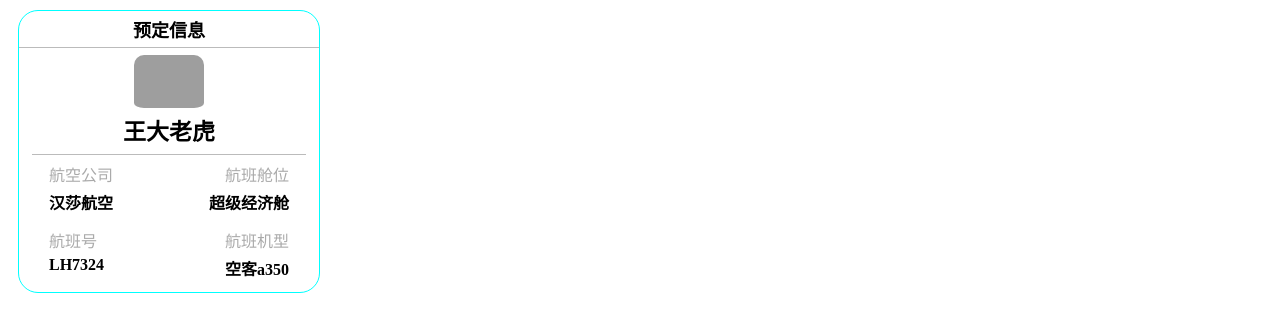
Repository: xzm1997/react-learning
Page: /
The author's editor kept a copy of each file at every save. The page is drawn from the files as they stood at one save, then again after the next save.
The browser window is 1280 px wide. The pictures show the whole page.
Pictures or frames that could not be fetched are drawn as grey boxes. The project was rebuilt for these pictures with package versions that can differ from the ones it lists, and the page was loaded fresh each time. Also part of the build but not shown: src/index.css.

Above is the page before, as saved 2023-02-11 09:53:18.

### src/index.js
import React from 'react';
import ReactDOM from 'react-dom/client';
import './index.css';

import BookInfo from './component/BookInfo.js'


export function Root() {
  const userName = '王大老虎';
  const ticketInfo = {
    airline : '汉莎航空',
    flightNum : 'LH7324',
    level : '超级经济舱',
    plane : '空客a350'
  }
  return (
    <div>
      <BookInfo
        userName={userName}
        ticketInfo={ticketInfo}
      />
    </div>
  )
}

// ========================================

const root = ReactDOM.createRoot(document.getElementById("root"));
root.render(<Root />);

### src/component/BookInfo.js
import './BookInfo.css'

export function UserInfo(props) {
  return (
    <div className='userInfo'>
      <img
        src='https://img1.baidu.com/it/u=1964469406,3571897169&fm=253&fmt=auto&app=138&f=JPEG?w=500&h=500'
        alt='ava'
        className='ava'
      ></img>
      <div className='userName'>{props.userName}</div>
    </div>
  )
}

export function InfoShow(props) {
  return (
    <div className='infoShow'>
      <div className='bookTitle'>{props.title}</div>
      <div className='bookContent'>{props.content}</div>
    </div>
  )
}

export default function BookInfo(props) {
  return (
    <div className='contentDisplay'>
      <div className='totalTitle'>预定信息</div>
      <UserInfo userName={props.userName} />
      <div className='infoDisplay'>
        <div className='infoItem leftSide'>
          <InfoShow title='航空公司' content={props.ticketInfo.airline}/>
          <InfoShow title='航班号' content={props.ticketInfo.flightNum}/>
        </div>
        <div className='infoItem rightSide'>
          <InfoShow title='航班舱位' content={props.ticketInfo.level}/>
          <InfoShow title='航班机型' content={props.ticketInfo.plane}/>
        </div>
      </div>
    </div>
    )
}

### src/component/BookInfo.css
.contentDisplay {
  width: 300px;
  border: solid 1px #0ff;
  /* background: lemonchiffon; */
  border-radius: 20px;
  padding:5px 0;
  margin: 10px;
  display: flex;
  flex-direction: column;
  align-items: center;
}

.userInfo {
  display: flex;
  flex-direction: column;
  align-items: center;
  width: 260px;
  padding: 7px;
  border-bottom: solid 1px #bbb;
}

.ava {
  width: 70px;
  border-radius: 10px;
  padding-bottom: 5px;
}

.userName {
  font-weight: 700;
  font-size: 23px;
}

.bookTitle {
  color: #aaa;
}

.totalTitle {
  font-size: 18px;
  font-weight: 700;
  text-align: center;
  width: 300px;
  padding-bottom: 5px;
  border-bottom: solid 1px #bbb;
}

.bookContent {
  font-weight: 700;
}

.infoShow {
  padding: 5px 0;
}

.bookTitle {
  padding: 2px 0;
}

.bookContent {
  padding: 2px 0;
}

.infoDisplay {
  display: flex;
}

.infoItem {
  width: 120px;
}

.rightSide {
  text-align: right;
}

Loaded but not shown: public/index.html (common file)

After the next save:
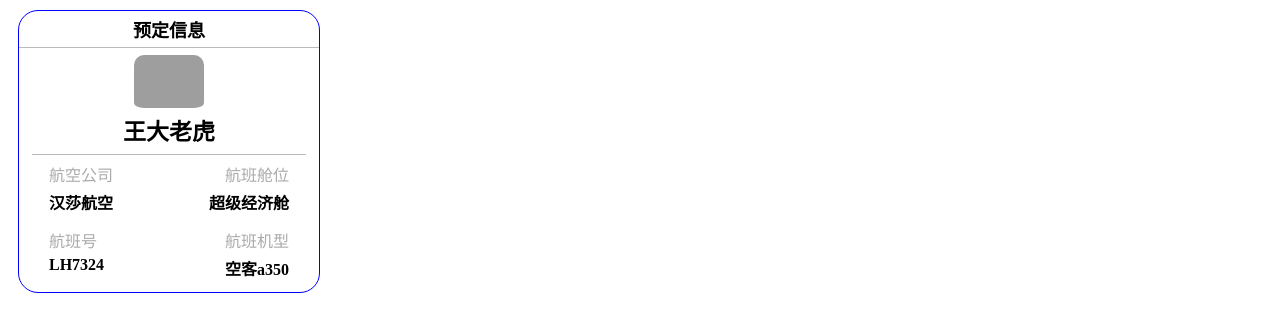
Saved 11 s later.
--- a/src/component/BookInfo.css
+++ b/src/component/BookInfo.css
@@ -1,6 +1,6 @@
 .contentDisplay {
   width: 300px;
-  border: solid 1px #0ff;
+  border: solid 1px #00f;
   /* background: lemonchiffon; */
   border-radius: 20px;
   padding:5px 0;
